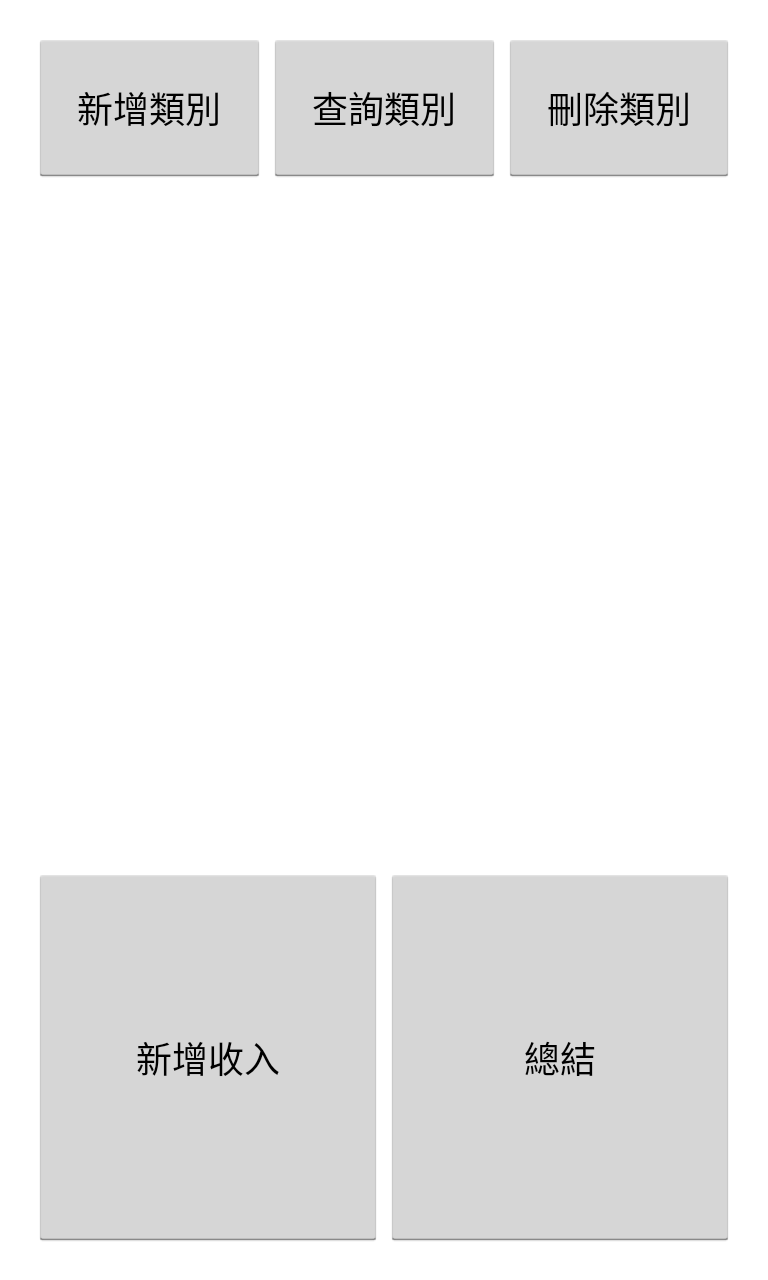
Repository: rayyrayy/Android-app-project
Layout: flashaccounting/easy money manager/res/layout/activity_main.xml
An editor plug-in stored every save of this project. The layout is shown before and after the next save, followed by the edit.
It is drawn on a 768 x 1280 px phone screen (xhdpi) without system bars, with theme AppTheme; the app's code is not run.

Above is the layout before, as saved 2014-11-05 08:53:22.

### flashaccounting/easy money manager/res/layout/activity_main.xml
<RelativeLayout xmlns:android="http://schemas.android.com/apk/res/android"
    xmlns:tools="http://schemas.android.com/tools"
    android:layout_width="fill_parent"
    android:layout_height="fill_parent"
    android:paddingBottom="@dimen/activity_vertical_margin"
    android:paddingLeft="@dimen/activity_horizontal_margin"
    android:paddingRight="@dimen/activity_horizontal_margin"
    android:paddingTop="@dimen/activity_vertical_margin"
    tools:context="com.example.easymoneymanager.MainActivity" >

    <LinearLayout
    xmlns:android="http://schemas.android.com/apk/res/android"
    xmlns:tools="http://schemas.android.com/tools"
    android:layout_width="fill_parent"
   	android:layout_height="fill_parent"
	android:orientation="vertical">

   <LinearLayout
    android:layout_width="fill_parent"
   	android:layout_height="wrap_content"
   	android:layout_weight="1"
   	android:orientation="horizontal"
   	android:baselineAligned="false">

   	    <LinearLayout
    	android:layout_width="fill_parent"
   		android:layout_height="fill_parent"
   		android:layout_weight="1"
   		android:orientation="horizontal">

    		<Button
    		    android:id="@+id/AddClass"
    		    android:layout_width="fill_parent"
    		    android:layout_height="fill_parent"
    		    android:text="@string/AddClass" />

		</LinearLayout>

   		<LinearLayout
       	android:layout_width="fill_parent"
   		android:layout_height="fill_parent"
   		android:layout_weight="1"
   		android:orientation="horizontal">

   		    <Button
   		        android:id="@+id/button1"
   		        android:layout_width="fill_parent"
   		        android:layout_height="fill_parent"
   		        android:onClick="querytable"
   		        android:text="@string/QueryClass" />

    	</LinearLayout>

   		<LinearLayout
       	android:layout_width="fill_parent"
   		android:layout_height="fill_parent"
   		android:layout_weight="1"
   		android:orientation="horizontal">

    		<Button
    		    android:id="@+id/DelClass"
    		    android:layout_width="fill_parent"
    		    android:layout_height="fill_parent"
    		    android:onClick="DelClass"
    		    android:text="@string/DelClass" />

  	  	</LinearLayout>

	</LinearLayout>

   	<LinearLayout
    android:layout_width="fill_parent"
    android:layout_height="wrap_content"
   	android:layout_weight="12"
   	android:orientation="horizontal">

	    <GridLayout
	        android:id="@+id/gridLayout1"
	        android:layout_width="fill_parent"
	        android:layout_height="fill_parent"
	        android:layout_gravity="fill"
	        android:addStatesFromChildren="true"
	        android:alignmentMode="alignMargins"
	        android:clipChildren="true"
	        android:columnCount="3"
	        android:orientation="horizontal"
	        android:rowCount="3"
	        android:useDefaultMargins="true" >

 	   </GridLayout>

    </LinearLayout>


   	<LinearLayout
    android:layout_width="fill_parent"
    android:layout_height="wrap_content"
   	android:layout_weight="5"
   	android:orientation="horizontal"
   	android:baselineAligned="false">

   	    <LinearLayout
       	android:layout_width="fill_parent"
   		android:layout_height="fill_parent"
   		android:layout_weight="1"
   		android:orientation="horizontal">

  			<Button
        	android:id="@+id/button3"
        	android:layout_width="fill_parent"
        	android:layout_height="fill_parent"
        	android:text="新增收入" />

  		</LinearLayout>

   	    <LinearLayout
       	android:layout_width="fill_parent"
   		android:layout_height="fill_parent"
   		android:layout_weight="1"
   		android:orientation="horizontal">

  			<Button
        	android:id="@+id/button4"
        	android:layout_width="fill_parent"
        	android:layout_height="fill_parent"
        	android:text="總結" />

  		</LinearLayout>
    </LinearLayout>

   	</LinearLayout>
</RelativeLayout>

### flashaccounting/easy money manager/res/values/strings.xml
<?xml version="1.0" encoding="utf-8"?>
<resources>

    <string name="app_name">flashaccounting</string>
    <string name="hello_world">Hello world!</string>
    <string name="action_settings">Settings</string>
    <string name="inmoeny_title">金額：</string>
    <string name="AddClass">新增類別</string>
    <string name="QueryClass">查詢類別</string>
    <string name="DelClass">刪除類別</string>

</resources>

Loaded but not shown: flashaccounting/easy money manager/res/values/styles.xml (common file); flashaccounting/easy money manager/res/values-v11/styles.xml (common file); flashaccounting/easy money manager/res/values-v14/styles.xml (common file); flashaccounting/easy money manager/res/values/dimens.xml (common file); flashaccounting/easy money manager/res/values-w820dp/dimens.xml (common file)

After the next save:
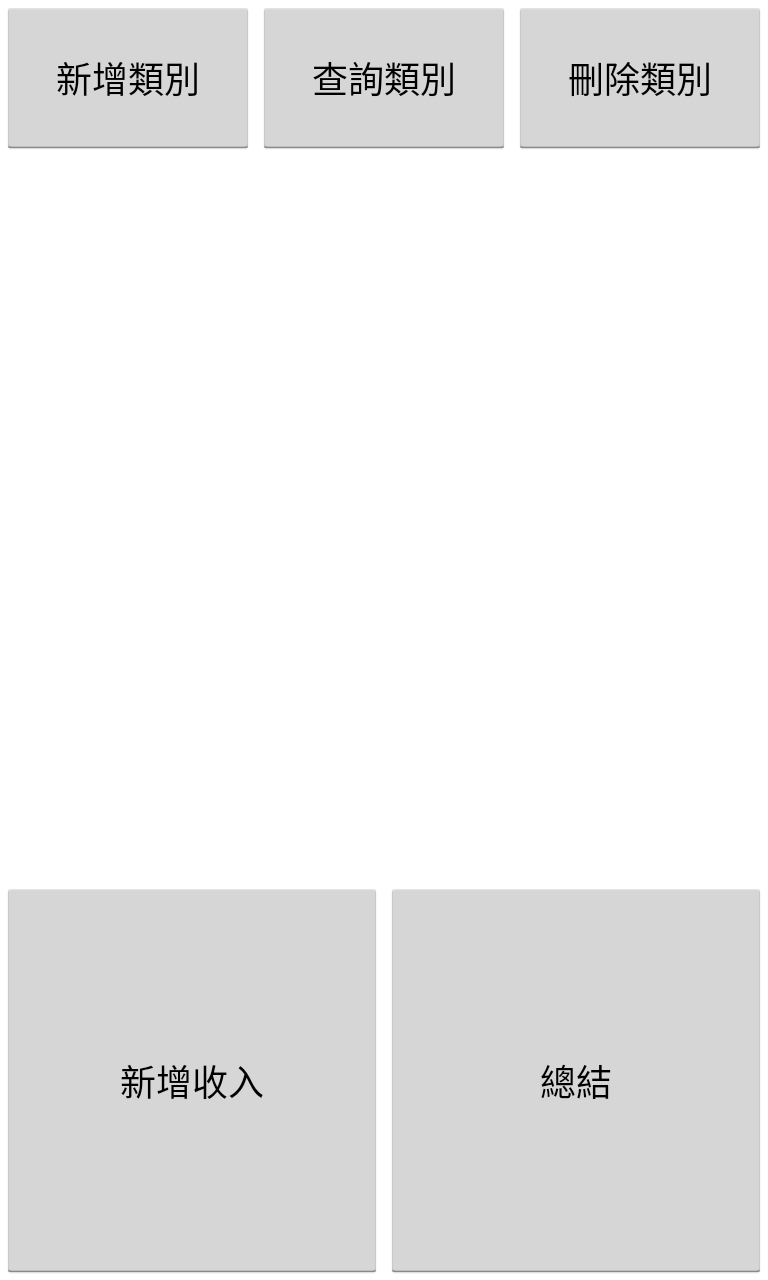
Saved 9 s later.
--- a/flashaccounting/easy money manager/res/layout/activity_main.xml
+++ b/flashaccounting/easy money manager/res/layout/activity_main.xml
@@ -1,12 +1,3 @@
-<RelativeLayout xmlns:android="http://schemas.android.com/apk/res/android"
-    xmlns:tools="http://schemas.android.com/tools"
-    android:layout_width="fill_parent"
-    android:layout_height="fill_parent"
-    android:paddingBottom="@dimen/activity_vertical_margin"
-    android:paddingLeft="@dimen/activity_horizontal_margin"
-    android:paddingRight="@dimen/activity_horizontal_margin"
-    android:paddingTop="@dimen/activity_vertical_margin"
-    tools:context="com.example.easymoneymanager.MainActivity" >
 
     <LinearLayout
     xmlns:android="http://schemas.android.com/apk/res/android"
@@ -129,4 +120,3 @@
     </LinearLayout>
 
    	</LinearLayout>
-</RelativeLayout>
